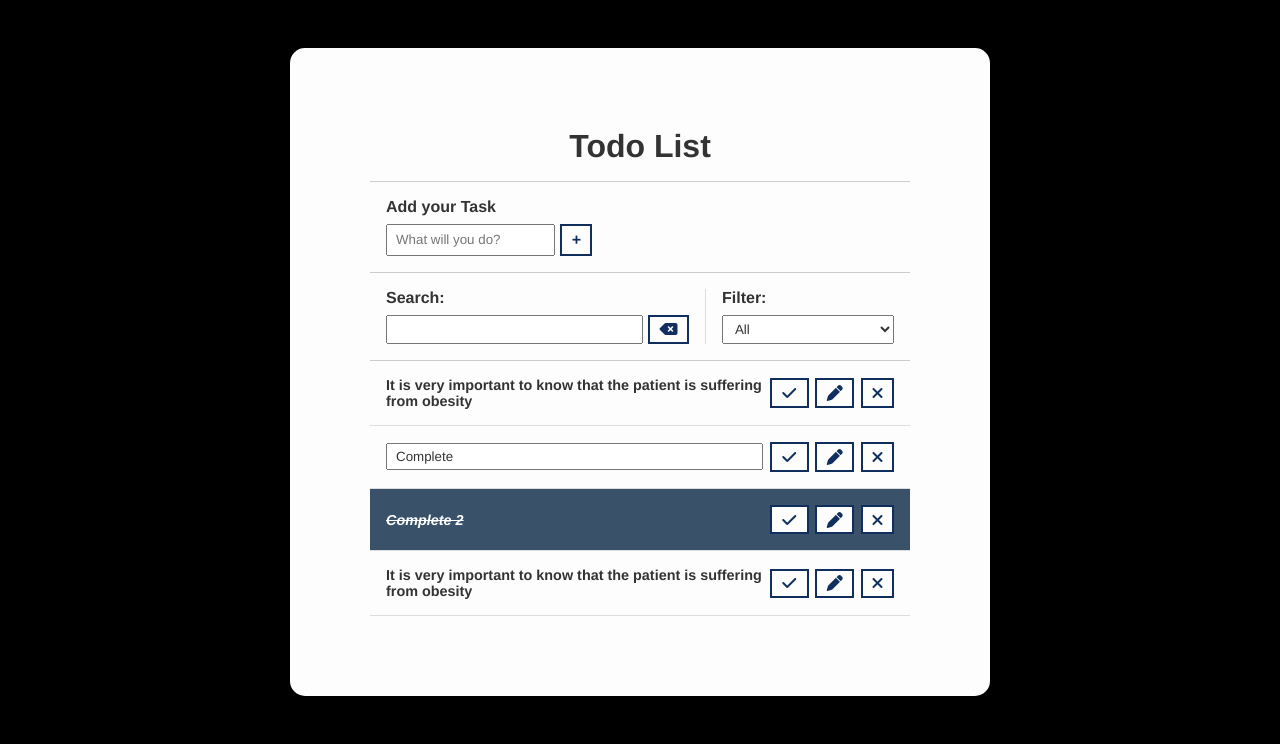
Repository: bek77g/todoList-vanillaJS
Page: index.html
These files come from the project's save history. The page is drawn as it stood at one moment and after the next save; the edit follows.
The browser window is 1280 px wide. The pictures show the whole page.
Some web libraries are served in a nearby version.

Above is the page before, as saved 2023-01-23 20:29:19.

### index.html
<!DOCTYPE html>
<html lang="en">
  <head>
    <meta charset="UTF-8" />
    <meta http-equiv="X-UA-Compatible" content="IE=edge" />
    <meta name="viewport" content="width=device-width, initial-scale=1.0" />
    <title>TodoList JS</title>
    <link rel="stylesheet" href="src/css/style.css" />
  </head>
  <body>
    <link
      rel="stylesheet"
      href="https://cdnjs.cloudflare.com/ajax/libs/font-awesome/6.1.2/css/all.min.css"
      integrity="sha512-1sCRPdkRXhBV2PBLUdRb4tMg1w2YPf37qatUFeS7zlBy7jJI8Lf4VHwWfZZfpXtYSLy85pkm9GaYVYMfw5BC1A=="
      crossorigin="anonymous"
      referrerpolicy="no-referrer"
    />
    <div class="todo-container">
      <header>
        <h1>Todo List</h1>
      </header>
      <form id="todo-form">
        <p>Add your Task</p>
        <div class="form-control">
          <input type="text" id="todo-input" placeholder="What will you do?" />
          <button type="submit">
            <i class="fa-thin fa-plus"></i>
          </button>
        </div>
      </form>
      <div id="toolbar">
        <div id="search">
          <h4>Search:</h4>
          <form>
            <input type="text" id="search-input" />
            <button id="erase-button">
              <i class="fa-solid fa-delete-left"></i>
            </button>
          </form>
        </div>
        <div id="filter">
          <h4>Filter:</h4>
          <select id="filter-select">
            <option value="all">All</option>
            <option value="done">Done</option>
            <option value="todo">Todo</option>
          </select>
        </div>
      </div>
      <div id="todo-list">
        <!-- <div class="todo done">
          <h3>
            It is very important to know that the patient is suffering from
            obesity
          </h3>
          <button class="finish-todo">
            <i class="fa-solid fa-check"></i>
          </button>
          <button class="edit-todo">
            <i class="fa-solid fa-pen"></i>
          </button>
          <button class="remove-todo">
            <i class="fa-solid fa-xmark"></i>
          </button>
        </div> -->
      </div>
    </div>
    <script src="src/js/app.js"></script>
  </body>
</html>

### src/css/style.css
/*geral*/
* {
  padding: 0;
  margin: 0;
  font-family: Helvetica;
  color: #333;
  box-sizing: border-box;
}

body {
  background-color: black;
}

button {
  background-color: #fdfdfd;
  color: #102f5e;
  border: 2px solid #102f5e;
  padding: 0.3rem 0.6rem;
  font-size: 1rem;
  cursor: pointer;
  display: flex;
  justify-content: center;
  align-items: center;
  transition: 0.4s;
}

button:hover {
  background-color: #102f5e;
  color: #fff;
}

button:hover > i {
  color: #fff;
}

button i {
  color: #102f5e;
  font-weight: bold;
  pointer-events: none;
}

.remove-todo:hover {
  background-color: red;
}

input,
select {
  padding: 0.25rem 0.5rem;
}

.hide {
  display: none;
}

/*TODO HEADER*/

.todo-container {
  max-width: 700px;
  margin: 3rem auto;
  background-color: #fdfdfd;
  padding: 5rem;
  border-radius: 15px;
}

.todo-container header {
  text-align: center;
  padding: 0 1rem 1rem;
  border-bottom: 1px solid #ccc;
}

/* TODO FORM*/

#todo-form,
#edit-form {
  padding: 1rem;
  border-bottom: 1px solid #ccc;
}

#todo-form p,
#edit-form p {
  margin-bottom: 0.5rem;
  font-weight: bold;
}

.form-control {
  display: flex;
}

.form-control input {
  margin-right: 0.3rem;
}

#cancel-edit-btn {
  margin-top: 1rem;
}

/* TODO TOOLBAR */

#toolbar {
  padding: 1rem;
  border-bottom: 1px solid #ccc;
  display: flex;
}

#toolbar h4 {
  margin-bottom: 0.5rem;
}

#search {
  border-right: 1px solid #ddd;
  padding-right: 1rem;
  margin-right: 1rem;
  width: 65%;
  display: flex;
  flex-direction: column;
}

#search form {
  display: flex;
}

#search input {
  width: 100%;
  margin-right: 0.3rem;
}

#filter {
  width: 35%;
  display: flex;
  flex-direction: column;
}

#filter select {
  flex: 1;
}

/* TODO LIST */

.todo {
  display: flex;
  justify-content: space-around;
  align-items: center;
  padding: 1rem;
  border-bottom: 1px solid #ddd;
  transition: 0.3s;
}

.todo h3 {
  flex: 1;
  font-size: 0.9rem;
}

.todo button {
  margin-left: 0.4rem;
}

.todo input[type='text'] {
  width: 100%;
}

.done {
  background-color: #395169;
}

.done h3 {
  color: #fff;
  text-decoration: line-through;
  font-style: italic;
}

### src/js/app.js
let todoData = [
  {
    key: 1,
    text: 'It is very important to know that the patient is suffering from obesity ',
    isDone: false,
    isEditable: false,
  },
  {
    key: 2,
    text: 'Complete ',
    isDone: false,
    isEditable: true,
  },
  {
    key: 3,
    text: 'Complete 2',
    isDone: true,
    isEditable: false,
  },
  {
    key: 4,
    text: 'It is very important to know that the patient is suffering from obesity ',
    isDone: false,
    isEditable: false,
  },
];

let searchValue = '';
let filterValue = 'all';

//elements
const todoForm = document.querySelector('#todo-form');
const todoInput = document.querySelector('#todo-input');
const todoList = document.querySelector('#todo-list');
const searchInput = document.querySelector('#search-input');
const filterInput = document.querySelector('#filter-select');

const showTodosData = () => {
  todoList.innerHTML = '';
  todoData
    .filter((todo) =>
      todo.text.toLocaleLowerCase().includes(searchValue.toLocaleLowerCase())
    )
    .filter((el) => {
      if (filterValue === 'all') return el;
      if (filterValue === 'done' && el.isDone) return el;
      if (filterValue === 'todo' && !el.isDone) return el;
    })
    .forEach(({ key, text, isDone, isEditable }) => {
      todoList.innerHTML += `
        <div class="todo ${isDone ? 'done' : ''}">
          ${
            isEditable
              ? `<input type="text" value="${text}"/>`
              : `<h3>${text}</h3>`
          }
          <button class="finish-todo">
            <i class="fa-solid fa-check"></i>
          </button>
          <button class="edit-todo">
            <i class="fa-solid fa-pen"></i>
          </button>
          <button class="remove-todo">
            <i class="fa-solid fa-xmark"></i>
          </button>
        </div>
    `;
    });
};

const addTodo = (text) => {
  let todoBody = {
    key: new Date().getTime(),
    text: text,
    isDone: false,
    isEditable: false,
  };
  todoData.push(todoBody);
  todoInput.value = '';
  todoInput.focus();
  showTodosData();
};

todoForm.addEventListener('submit', (e) => {
  e.preventDefault();
  const inputValue = todoInput.value;
  if (inputValue) {
    addTodo(inputValue);
  }
});

searchInput.addEventListener('input', (e) => {
  searchValue = e.target.value;
  showTodosData();
});
filterInput.addEventListener('input', (e) => {
  filterValue = e.target.value;
  showTodosData();
});

//Edit

showTodosData();

After the next save:
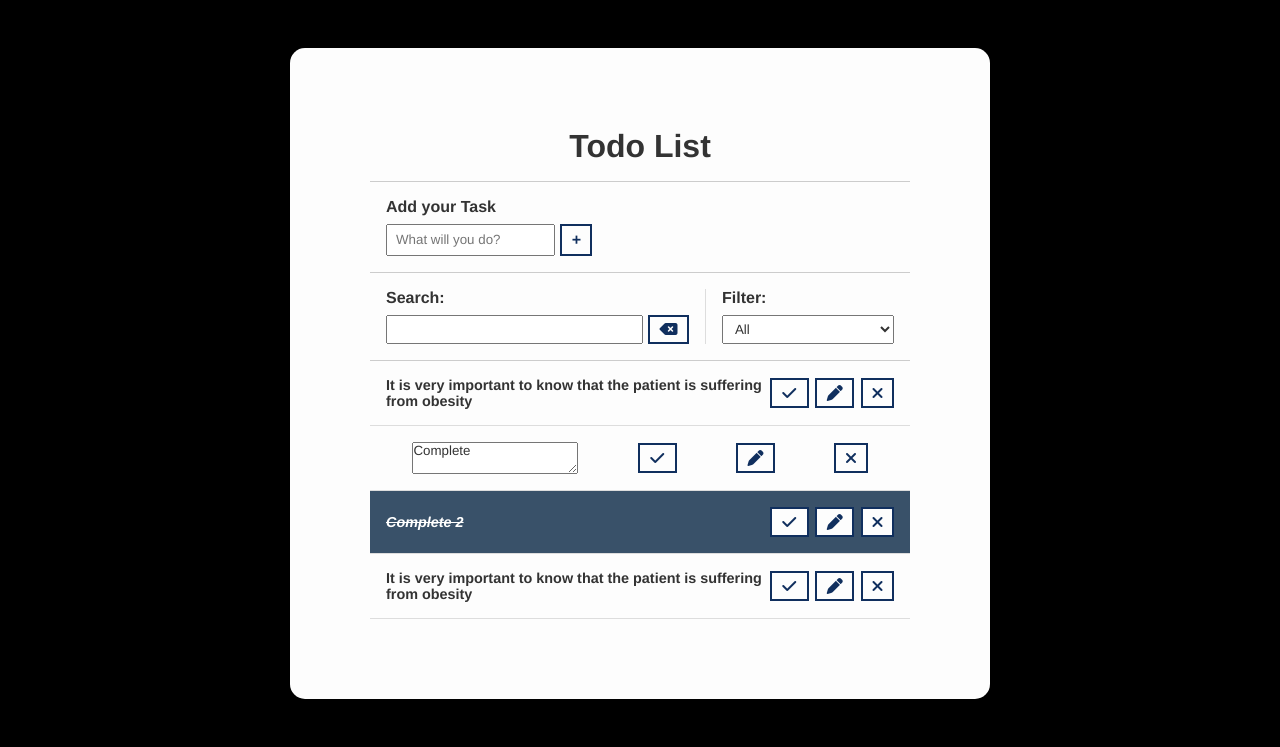
Saved 67 s later.
--- a/src/js/app.js
+++ b/src/js/app.js
@@ -49,11 +49,7 @@ const showTodosData = () => {
     .forEach(({ key, text, isDone, isEditable }) => {
       todoList.innerHTML += `
         <div class="todo ${isDone ? 'done' : ''}">
-          ${
-            isEditable
-              ? `<input type="text" value="${text}"/>`
-              : `<h3>${text}</h3>`
-          }
+          ${isEditable ? `<textarea>${text}</textarea>` : `<h3>${text}</h3>`}
           <button class="finish-todo">
             <i class="fa-solid fa-check"></i>
           </button>
